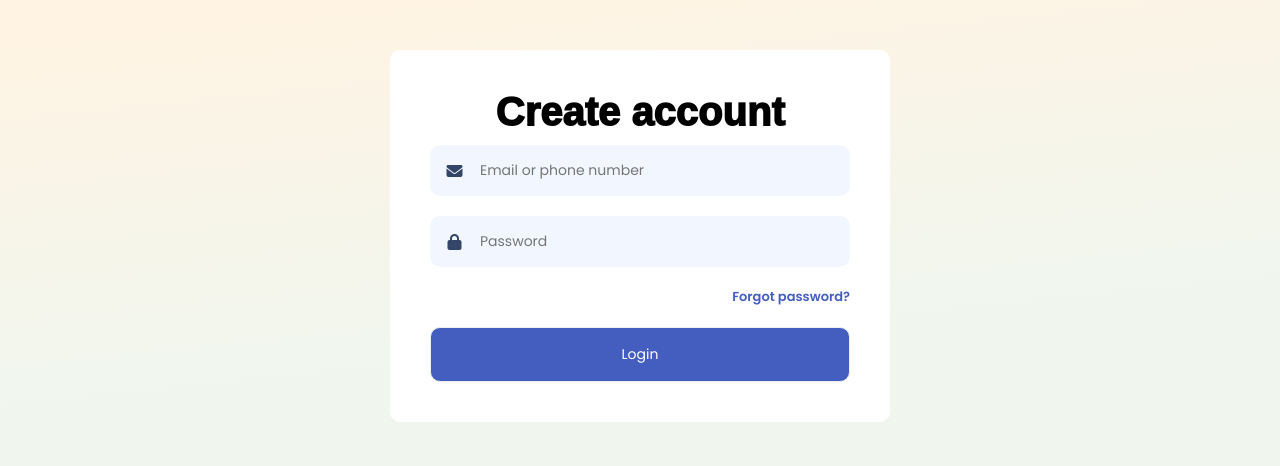
Repository: VuTuanAnh0949/loginForm
Page: index.html
These files come from the project's save history. The page is drawn as it stood at one moment and after the next save; the edit follows.
The browser window is 1280 px wide. The pictures show the whole page.

Above is the page before, as saved 2022-04-15 21:09:56.

### index.html
<!DOCTYPE html>
<html lang="en">
<head>
  <meta charset="UTF-8">
  <meta http-equiv="X-UA-Compatible" content="IE=edge">
  <meta name="viewport" content="width=device-width, initial-scale=1.0">
  <link
  href="https://fonts.googleapis.com/css2?family=Poppins:wght@300;400;600&display=swap"
  rel="stylesheet"
/>
<link rel="stylesheet" href="style.css">
<link rel="stylesheet" href="/fontawesome-free-6.1.1-web/css/all.css">
  <title>Login</title>
</head>
<body>
  <div class="login">
    <div class="login__heading">
      Create account
    </div>
    <div class="login-field">
      <i class="fa-solid fa-envelope login-icon"></i>
      <input type="email" class="login-input" placeholder="Email or phone number">
    </div>
    <div class="login-field">
      <i class="fa-solid fa-lock login-icon"></i>
      <input type="password" class="login-input" placeholder="Password">
    </div>
    <a href="#" class="login__forgot--password">Forgot password?</a>
    <button class="login-submit">Login</button>
  </div>
</body>
</html>

### style.css
html{
  font-size: 62.5%;
  font-family: "Poppins", sans-serif;
}
*{
box-sizing: border-box;
}
body{
  background-image: linear-gradient( 174.2deg,  rgba(255,244,228,1) 7.1%, rgba(240,246,238,1) 67.4% );
}
.login{
width: 500px;
margin: 50px auto;
padding: 40px;
background-color: white;
border-radius: 10px;
}
.login__heading{
  font-size: 40px;
  font-family: Arial, Helvetica, sans-serif;
  font-weight: 1000;
  text-align: center;
  padding-bottom: 10px;
}
.login-field{
  display: flex;
  align-items: center;
  background-color: #f2f7ff;
  padding: 15px;
  margin-bottom: 20px;
  border-radius: 10px;
}
.login-icon{
  color: #344667;
  font-size: 16px;
  width: 20px;
  text-align: center;

}
.login-input{
  font-family: "Poppins", sans-serif;
  border: 0;
  padding: 0 0 0 16px;
  background-color: transparent;
  width: 100%;
  outline: none;
  font-size: 14px;
}
.login-submit{
  color: white;
  border-radius: 10px;
  display: block;
  width: 100%;
  border: 0;
  padding: 16px 10px;
   background-color: #435ebe;
   font-size: 14px;
   font-family: "Poppins", sans-serif;
   cursor: pointer;
   outline: none;
   border: 1px solid #eee;
}
.login__forgot--password{
  display: block;
  text-decoration: none;
  text-align: right;
  margin-bottom: 20px;
  font-size: 13px;
  font-weight: 600;
  color: #435ebe;
  }

Loaded but not shown: fontawesome-free-6.1.1-web/css/all.css (library)

After the next save:
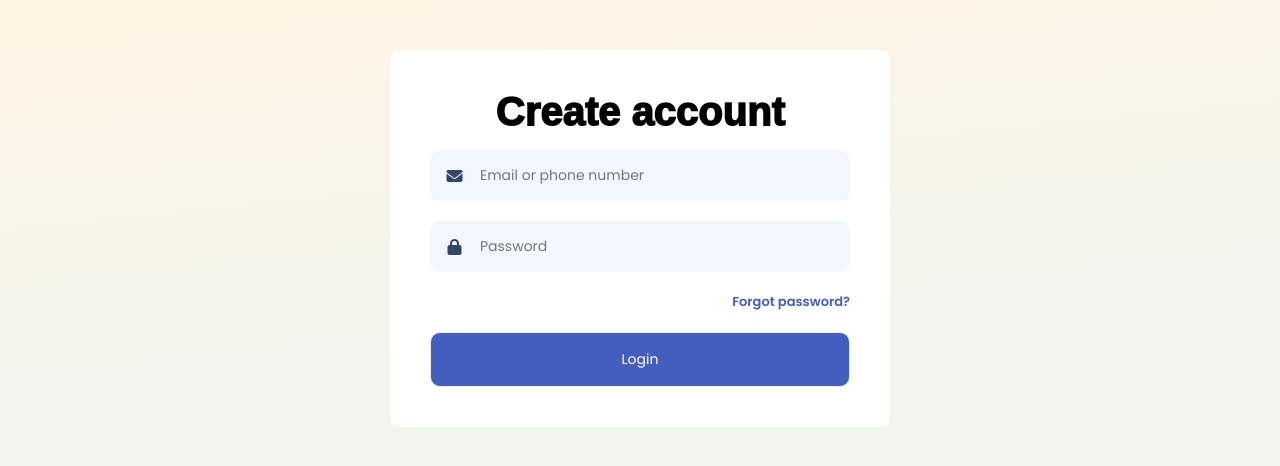
Saved 10 s later.
--- a/style.css
+++ b/style.css
@@ -20,7 +20,7 @@ border-radius: 10px;
   font-family: Arial, Helvetica, sans-serif;
   font-weight: 1000;
   text-align: center;
-  padding-bottom: 10px;
+  padding-bottom: 15px;
 }
 .login-field{
   display: flex;
